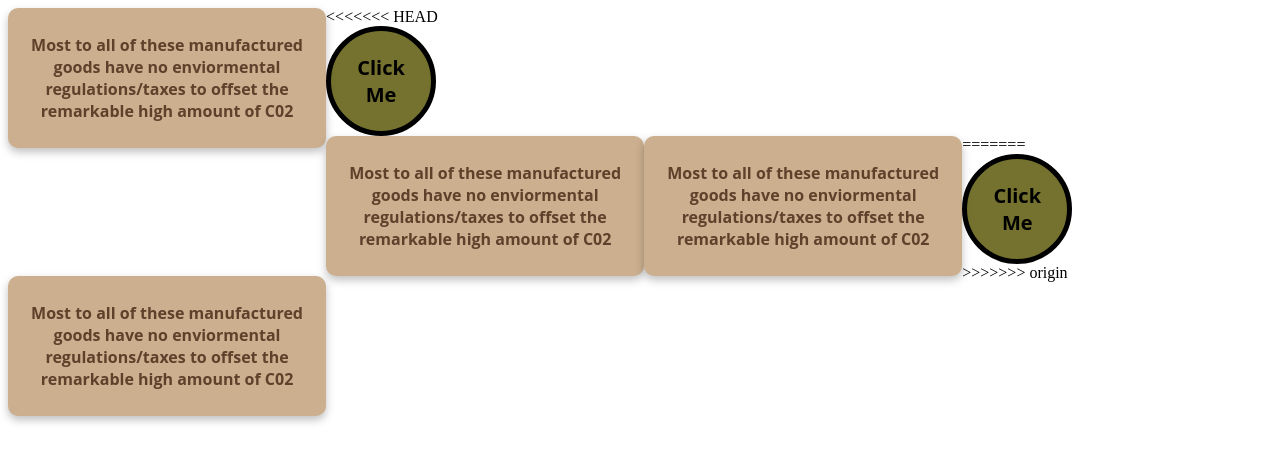
Repository: DevOfHockey/mdia-2190-midterm
Page: index.html
The author's editor kept a copy of each file at every save. The page is drawn from the files as they stood at one save, then again after the next save.
The browser window is 1280 px wide. The pictures show the whole page.

Above is the page before, as saved 2022-03-08 16:03:06.

### index.html
<!DOCTYPE html>
<html>
  <head>
    <title>Midterm Website</title>
    <script src="comps/textbox.js"></script>
    <script src="comps/textbox2.js"></script>
    <script src="comps/clickmebutton.js"></script>
  </head>
  <body>
<<<<<<< HEAD
  <text-box
    text="Click to Learn About How Fast Fashion is Made"
  ></text-box>
  <br>
  <clickme-button
    text="Click me"
  ></clickme-button>
  <text-box2
    text="Click to Learn About How Fast Fashion is Made"
></text-box2>
=======
    <text-box
      text="Click to Learn About How Fast Fashion is Made"
    ></text-box>
    <br>
    <clickme-button
      text="Click me"
    ></clickme-button>

    <text-box2
    text="Click to Learn About How Fast Fashion is Made"
  ></text-box2>

>>>>>>> origin
  </body>
</html>

### comps/textbox.js
//MUST HAVE - CREATE A TEMPLATE TAG
var template_tb = document.createElement("template"); //<template> </template> RULE

//To-do - CREATE THE UI HERE!
template_tb.innerHTML = `
<style id='mystyle'>
.text-box {
  display: flex;
  justify-content: center;
  width: 20px;
  border-radius: 10px;
  padding: 10px 20px;
  /* top, left, bottom*/
  word-wrap: break-word; /* keeps words in boundry */
  float: left;
  background-color: #CBAF8F;
  color: #5E412B;
  font: 20px;
  font-weight: bold;
  font-family: 'Open Sans',serif;
  text-align: center;
  min-width: 20%;
  filter: drop-shadow(0px 4px 4px rgba(0, 0, 0, 0.25));
}

</style>
<link rel="stylesheet" href="//fonts.googleapis.com/css?family=Open+Sans:300,400,600,700&amp;lang=en" />

  <div class="text-box">
    <p>Click to Learn About How Fast Fashion is Made...</p>
  </div>
`;

//MUST HAVE - CREATE A CLASS WITH HTMLELEMENT POWERS (interfaces/functionalities)
class TextBox extends HTMLElement {

    //MUST HAVE - CREATE A CONSTRUCTOR TO DO INITAL ASSOCIATIONS
    constructor(){
        super(); //pass on the HTMLElement super powers!
        this.attachShadow({mode:"open"}) //Attach it to the shadowRoot

        //To-do - CREATE THE STATES FOR THE UI HERE!
    }

    //MUST HAVE - FUNCTION THAT RUNS AFTER IT'S CONNECTED
    connectedCallback(){
        this.shadowRoot.appendChild(template_tb.content.cloneNode(true)); //use the template to make a clone
    }

    //To-do - CREATE THE FUNCTIONALITIES HERE!
}

//MUST HAVE - define the tag for the custom elements
customElements.define("text-box", TextBox)

### comps/textbox2.js
//MUST HAVE - CREATE A TEMPLATE TAG
var template_tb = document.createElement("template"); //<template> </template> RULE

//To-do - CREATE THE UI HERE!
template_tb.innerHTML = `
<style id='mystyle'>
.text-box {
  display: flex;
  justify-content: center;
  align-items: center;
  width: 30px;
  border-radius: 10px;
  padding: 10px 20px;
  /* top, left, bottom*/
  word-wrap: break-word; /* keeps words in boundry */
  float: left;
  background-color: #CBAF8F;
  color: #5E412B;
  font: 20px;
  font-weight: bold;
  font-family: 'Open Sans',serif;
  text-align: center;
  min-width: 22%;
  min-height: 120px;
  filter: drop-shadow(0px 4px 4px rgba(0, 0, 0, 0.25));
}

</style>
<link rel="stylesheet" href="//fonts.googleapis.com/css?family=Open+Sans:300,400,600,700&amp;lang=en" />

  <div class="text-box">
    <p>Most to all of these manufactured goods have no enviormental regulations/taxes to offset the remarkable high amount of C02</p>
  </div>
`;

//MUST HAVE - CREATE A CLASS WITH HTMLELEMENT POWERS (interfaces/functionalities)
class TextBox2 extends HTMLElement {

    //MUST HAVE - CREATE A CONSTRUCTOR TO DO INITAL ASSOCIATIONS
    constructor(){
        super(); //pass on the HTMLElement super powers!
        this.attachShadow({mode:"open"}) //Attach it to the shadowRoot

        //To-do - CREATE THE STATES FOR THE UI HERE!
    }

    //MUST HAVE - FUNCTION THAT RUNS AFTER IT'S CONNECTED
    connectedCallback(){
        this.shadowRoot.appendChild(template_tb.content.cloneNode(true)); //use the template to make a clone
    }

    //To-do - CREATE THE FUNCTIONALITIES HERE!
}

//MUST HAVE - define the tag for the custom elements
customElements.define("text-box2", TextBox2)

### comps/clickmebutton.js
//MUST HAVE - CREATE A TEMPLATE TAG
var template_button = document.createElement("template"); //<template> </template> RULE

//To-do - CREATE THE UI HERE!
template_button.innerHTML = `
<style id='mystyle'>
.clickme-button {
  width: 100px;
  height: 100px;
  border-radius: 50%;
  font-family: 'Open Sans', sans-serif;
  font-size: 20px;
  font-weight: bold;
  color: #000;
  text-align: center;
  background: #74722E;
  color: #000;
  border: 5px solid black;


  display: flex;
  justify-content: center;
  align-items: center;
}

</style>
<link rel="stylesheet" href="//fonts.googleapis.com/css?family=Open+Sans:300,400,600,700&amp;lang=en" />

  <div class="clickme-button">
    Click<br> Me
  </div>
`;

//MUST HAVE - CREATE A CLASS WITH HTMLELEMENT POWERS (interfaces/functionalities)
class ClickMeButton extends HTMLElement {

    //MUST HAVE - CREATE A CONSTRUCTOR TO DO INITAL ASSOCIATIONS
    constructor(){
        super(); //pass on the HTMLElement super powers!
        this.attachShadow({mode:"open"}) //Attach it to the shadowRoot

        //To-do - CREATE THE STATES FOR THE UI HERE!
    }

    //MUST HAVE - FUNCTION THAT RUNS AFTER IT'S CONNECTED
    connectedCallback(){
        this.shadowRoot.appendChild(template_button.content.cloneNode(true)); //use the template to make a clone

        //console.log(this.getAttribute("name"))
        if(this.getAttribute("name"))
        this.shadowRoot.querySelector(".clickme-button").innerText = this.getAttribute("name");

      }

    //To-do - CREATE THE FUNCTIONALITIES HERE!
}

//MUST HAVE - define the tag for the custom elements
customElements.define("clickme-button", ClickMeButton)

After the next save:
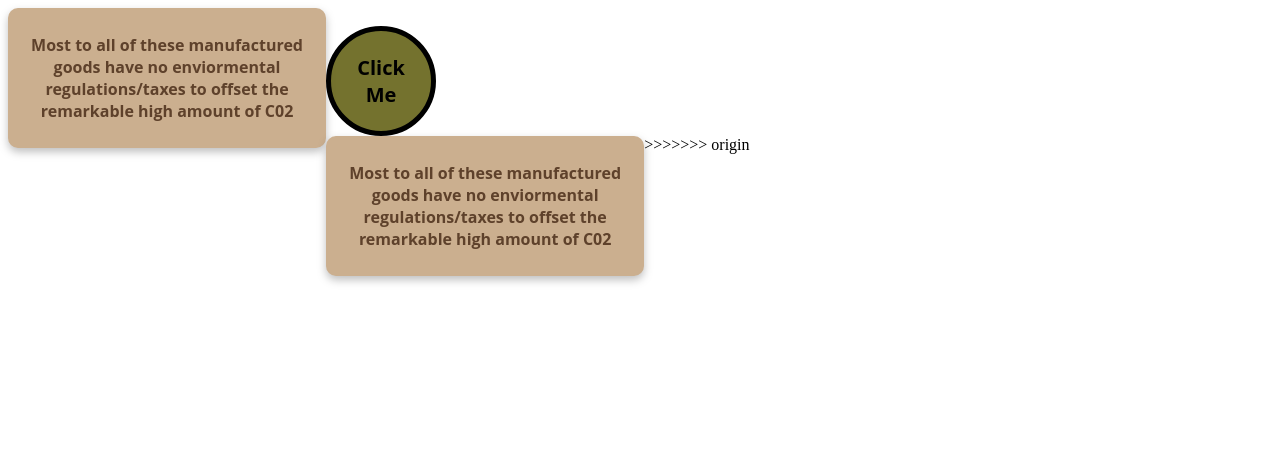
Saved 2 min 9 s later.
--- a/index.html
+++ b/index.html
@@ -7,18 +7,6 @@
     <script src="comps/clickmebutton.js"></script>
   </head>
   <body>
-<<<<<<< HEAD
-  <text-box
-    text="Click to Learn About How Fast Fashion is Made"
-  ></text-box>
-  <br>
-  <clickme-button
-    text="Click me"
-  ></clickme-button>
-  <text-box2
-    text="Click to Learn About How Fast Fashion is Made"
-></text-box2>
-=======
     <text-box
       text="Click to Learn About How Fast Fashion is Made"
     ></text-box>
